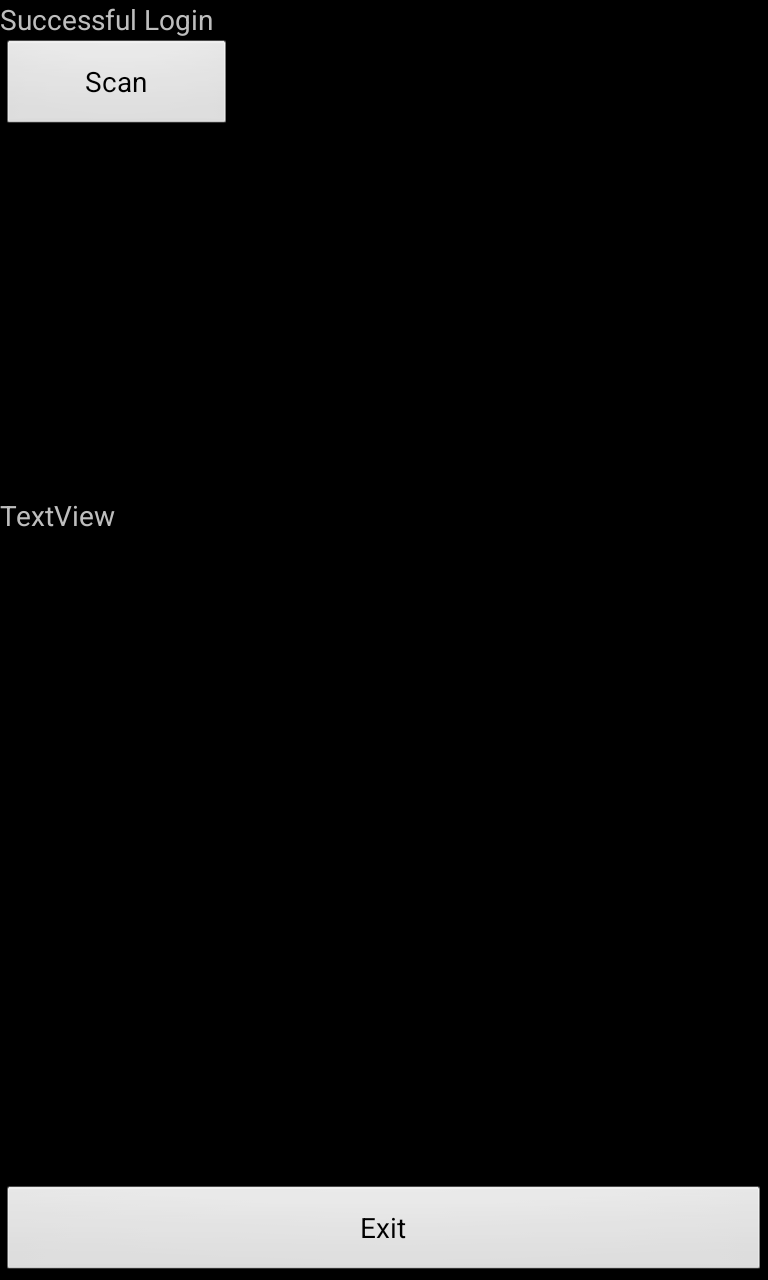
Repository: osotsi/LCNWAWifiLocator
Layout: login/res/layout/success.xml
An editor plug-in stored every save of this project. The layout is shown before and after the next save, followed by the edit.
It is drawn on a 768 x 1280 px phone screen (xhdpi) without system bars, with theme android:Theme; the app's code is not run.

Above is the layout before, as saved 2014-05-01 02:39:32.

### login/res/layout/success.xml
<?xml version="1.0" encoding="utf-8"?>
<LinearLayout xmlns:android="http://schemas.android.com/apk/res/android"
    android:layout_width="fill_parent"
    android:layout_height="fill_parent"
    android:orientation="vertical" >

    <TextView
        android:layout_width="fill_parent"
        android:layout_height="wrap_content"
        android:text="Successful Login" />

    <Button
        android:id="@+id/scan"
        android:layout_width="117dp"
        android:layout_height="wrap_content"
        android:text="Scan" />

    <TextView
        android:id="@+id/wifiStre"
        android:layout_width="match_parent"
        android:layout_height="wrap_content"
        android:layout_weight="0.24" />

    <TextView
        android:id="@+id/textView1"
        android:layout_width="346dp"
        android:layout_height="wrap_content"
        android:layout_weight="0.48"
        android:text="TextView" />

    <Button
        android:id="@+id/exit"
        android:layout_width="fill_parent"
        android:layout_height="wrap_content"
        android:text="Exit" />

</LinearLayout>

After the next save:
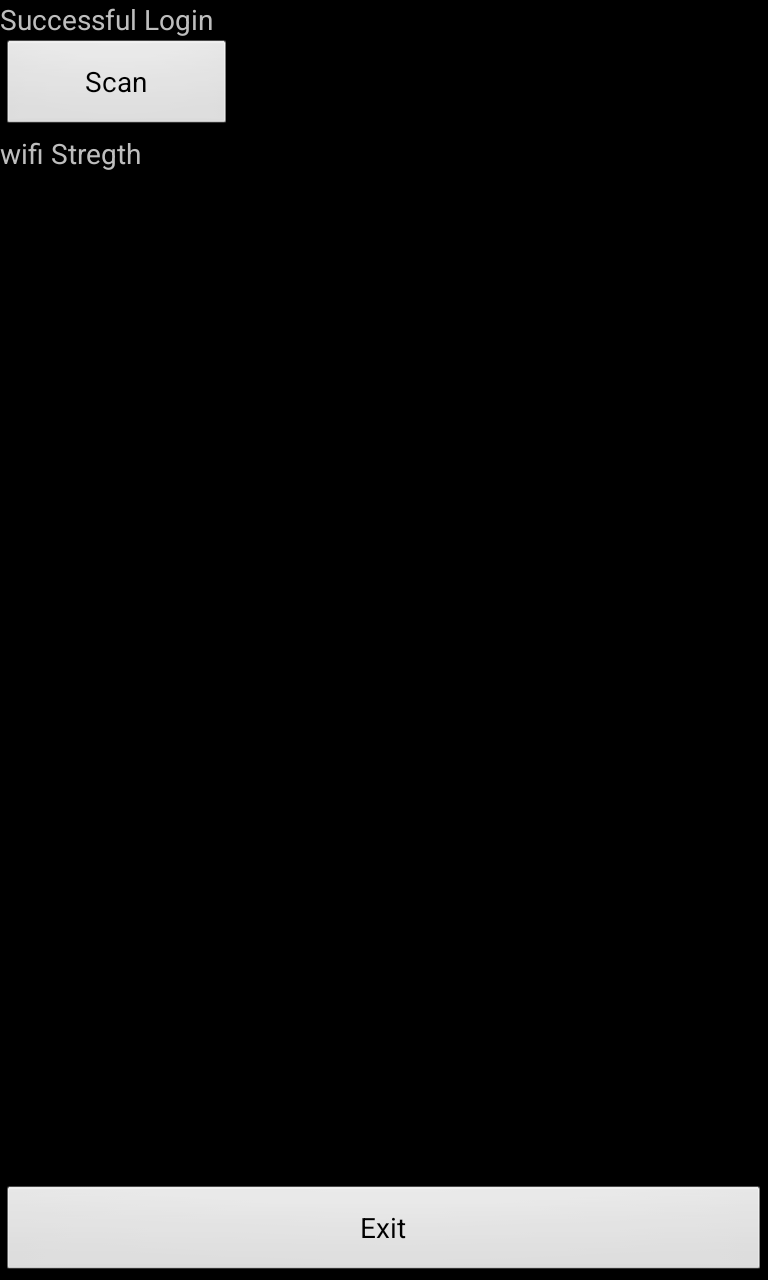
Saved 6 min 42 s later.
--- a/login/res/layout/success.xml
+++ b/login/res/layout/success.xml
@@ -19,14 +19,14 @@
         android:id="@+id/wifiStre"
         android:layout_width="match_parent"
         android:layout_height="wrap_content"
-        android:layout_weight="0.24" />
+        android:layout_weight="0.24"
+        android:text="wifi Stregth" />
 
     <TextView
         android:id="@+id/textView1"
         android:layout_width="346dp"
         android:layout_height="wrap_content"
-        android:layout_weight="0.48"
-        android:text="TextView" />
+        android:layout_weight="0.48" />
 
     <Button
         android:id="@+id/exit"
